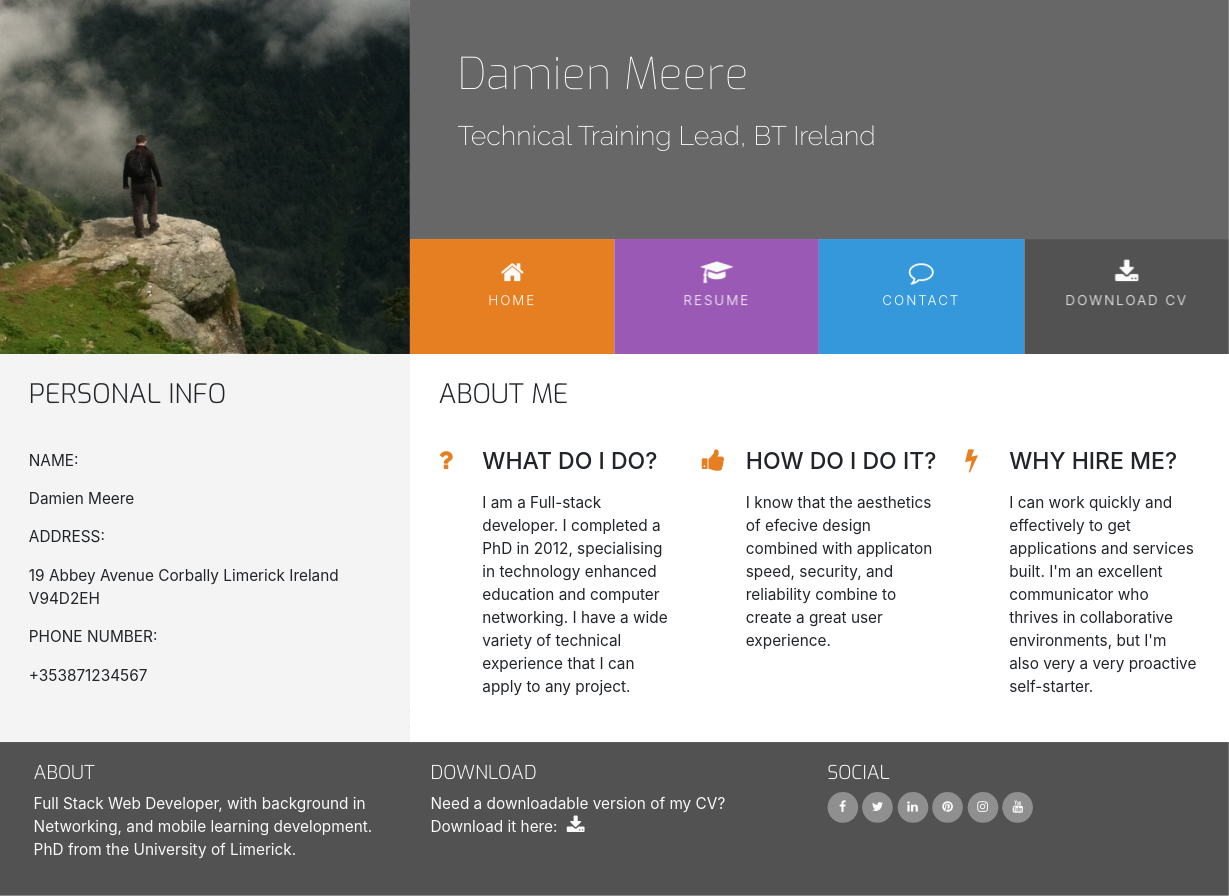
Repository: damien-meere/cv_site_project
Page: index.html
The author's editor kept a record of every edit. The page is drawn from the files as they stood at one moment, then again after the next edit.
The browser window is 1280 px wide. The pictures show the whole page, at 96% of full size.

Above is the page before.

After the next edit:
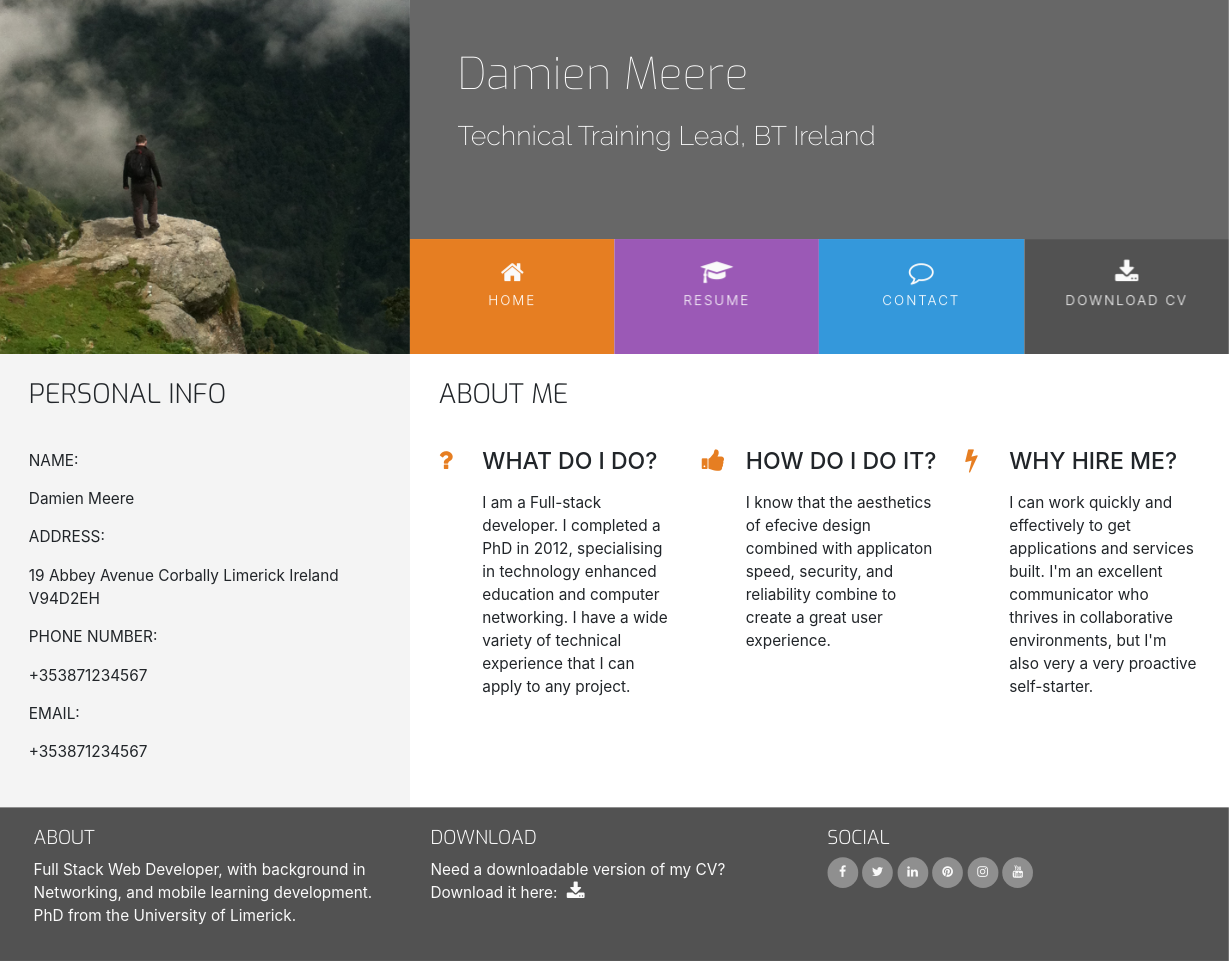
The edit:
--- a/index.html
+++ b/index.html
@@ -96,6 +96,18 @@
                         </p>
                     </div>
                 </div>
+                                <div class="personal-info-item">
+                    <div class="key">
+                        <p class="uppercase">
+                            Email:
+                        </p>
+                    </div>
+                    <div class="value">
+                        <p>
+                            +353871234567
+                        </p>
+                    </div>
+                </div>
             </div>
 
 
